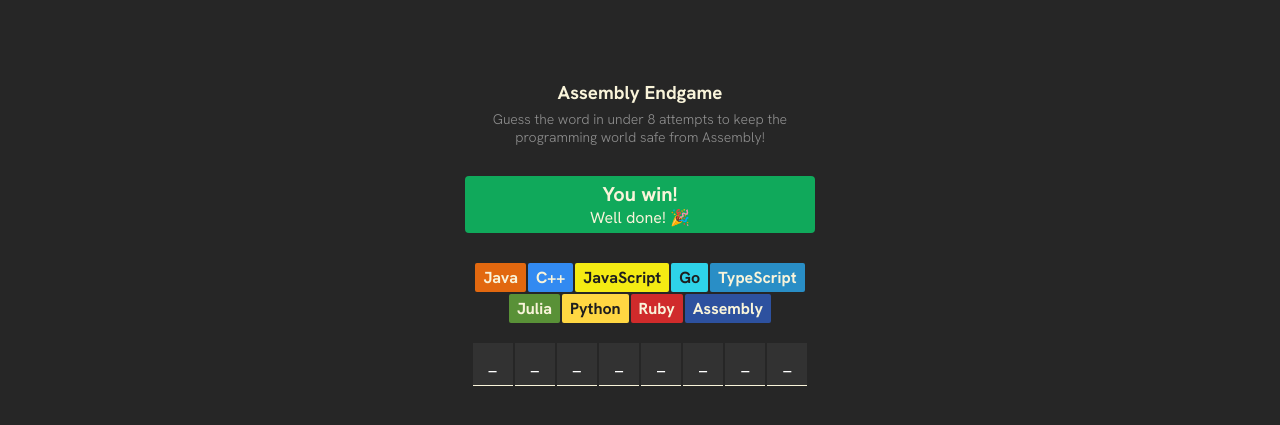
Repository: AchrafAzzaoui/AssemblyEndgame
Page: / (app in assembly-endgame/)
An editor plug-in stored every save of this project. The page is shown before and after the next save, followed by the edit.
The browser window is 1280 px wide. The pictures show the whole page.
The project was rebuilt for these pictures with package versions that can differ from the ones it lists, and the page was loaded fresh each time. Also part of the build but not shown: assembly-endgame/vite.config.js.

Above is the page before, as saved 2024-12-25 14:59:12.

After the next save:
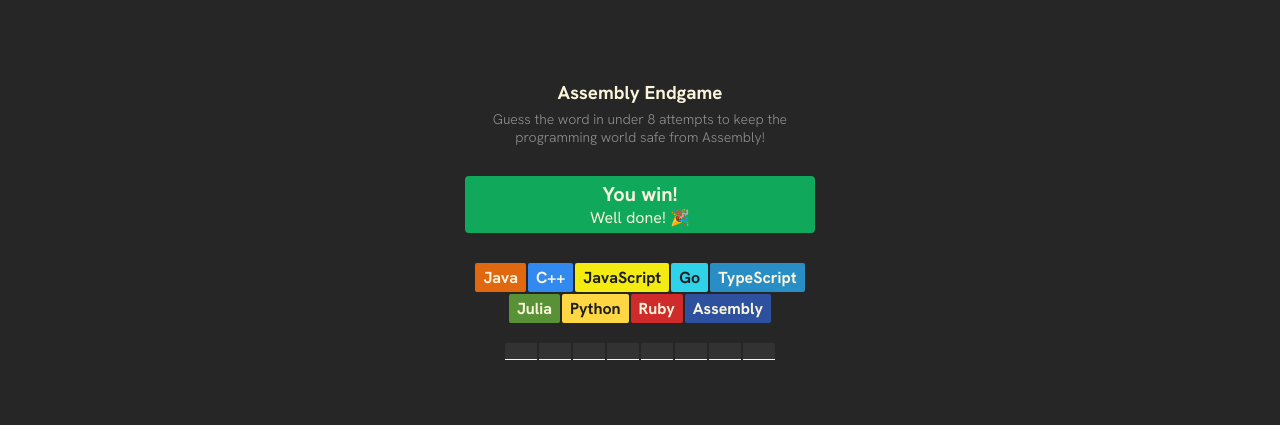
Saved 7 min 19 s later.
--- a/assembly-endgame/src/components/WordDisplay.jsx
+++ b/assembly-endgame/src/components/WordDisplay.jsx
@@ -11,7 +11,7 @@
   const letterTiles = correctWordLetters.map((letter, index) => {
     return (
       <span className="letter-tile" key={index}>
-        {currWordLetters[index] || "_"}
+        {currWordLetters[index] || ""}
       </span>
     );
   });

After the save that followed:
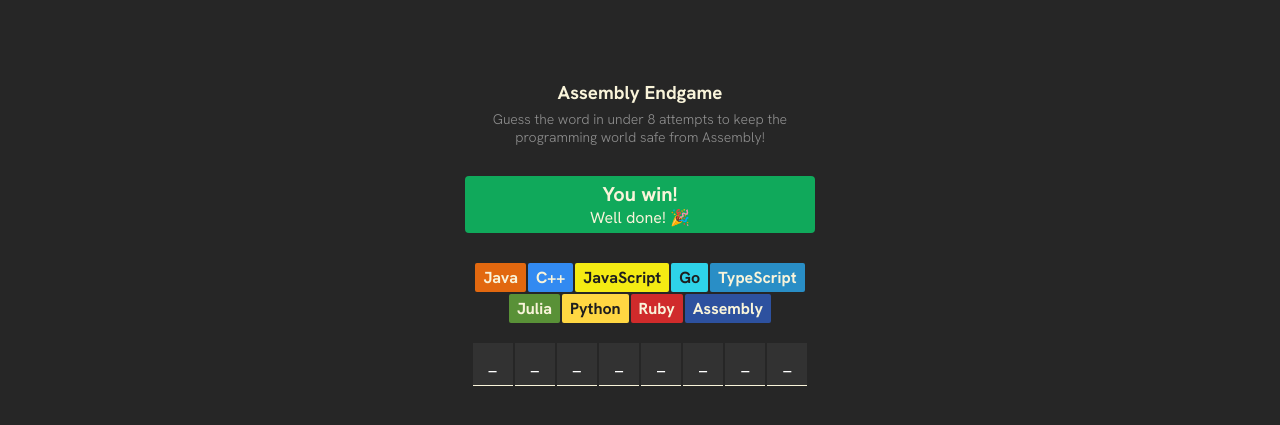
Saved 6 s later.
--- a/assembly-endgame/src/components/WordDisplay.jsx
+++ b/assembly-endgame/src/components/WordDisplay.jsx
@@ -11,7 +11,7 @@
   const letterTiles = correctWordLetters.map((letter, index) => {
     return (
       <span className="letter-tile" key={index}>
-        {currWordLetters[index] || ""}
+        {currWordLetters[index] || "_"}
       </span>
     );
   });
